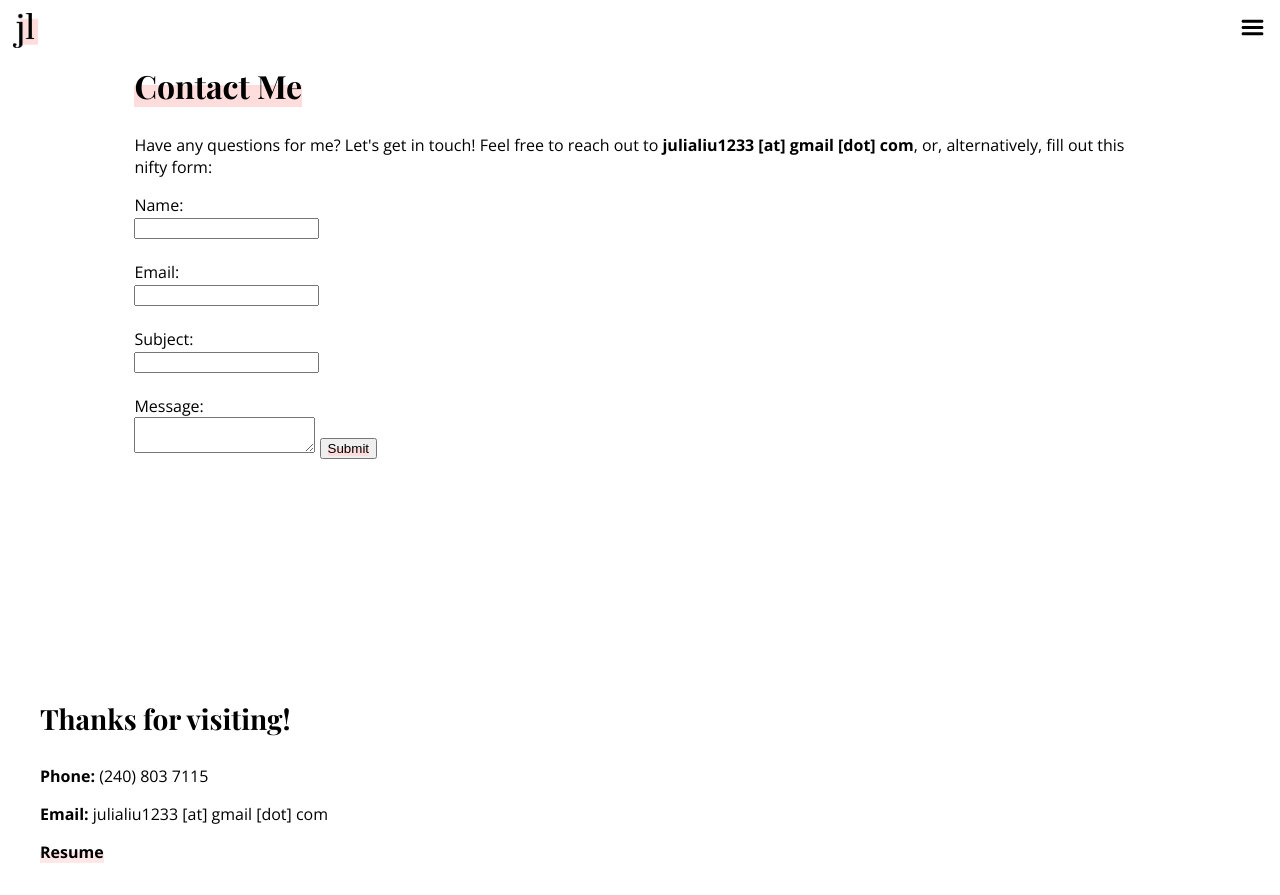
Repository: liu-julia/liu-julia.github.io
Page: contact.html
The author's editor kept a copy of each file at every save. The page is drawn from the files as they stood at one save, then again after the next save.
The browser window is 1280 px wide. The pictures show the whole page.

Above is the page before, as saved 2022-08-02 18:13:04.

### contact.html
<!DOCTYPE html>
<html lang="en">
<head>
    <meta charset="UTF-8">
    <meta http-equiv="X-UA-Compatible" content="IE=edge">
    <meta name="viewport" content="width=device-width, initial-scale=1.0">
    <link rel="preconnect" href="https://fonts.googleapis.com">
    <link rel="preconnect" href="https://fonts.gstatic.com" crossorigin>
    <link href="https://fonts.googleapis.com/css2?family=Karla:wght@300;400;700&family=Open+Sans:wght@300;400;700&family=Playfair+Display:wght@400;700&family=Prata&display=swap" rel="stylesheet">
    <link rel="stylesheet" media="screen and (min-width: 1500px)" href="css/1500.css" />
    <link rel="stylesheet" media="screen and (max-width: 1499px)" href="css/mobile.css" />
    <link rel="icon" href="images/jllogo.png">
    <script src="js/scripts.js"></script>
    <title>Julia Liu</title>
</head>
<body>
    <header id="topbar">
        <img id="logo" src="images/jllogo.png" alt="JL logo">
        <div id="navbar">
            <a class="hl_hover" href="index.html">Projects</a>
            <a class="hl_hover" href="about.html">About</a>
            <a class="highlighted" href="contact.html">Contact</a>
        </div>
        <img id="hamburger" src="images/Hamburger_icon.svg" alt="Menu" onclick="toggleMenu()">
    </header>
    <div id="ham">
        <div id="menu_items">
            <a class="highlighted" href="index.html">Projects</a><br>
            <a href="about.html">About</a><br>
            <a href="contact.html">Contact</a>
        </div>
    </div>
    <div id="content">
        <div class="form-container">
            <h2 class="highlighted"><mark>Contact Me</mark></h2>
            <form>
                <p>Have any questions for me? Let's get in touch! Feel free to reach out to <b>juli<!--anti spam-->aliu1233 <!--anti spam--> [at] gmai<!--anti spam-->l [dot] com</b>, or, alternatively, fill out this nifty form:</p>
                <label for="name"> Name:</label><br>
                <input type="text" id="name" name="name" required><br><br>
                <label for="email">Email:</label><br>
                <input type="email" id="email" required><br><br>
                <label for="subject">Subject:</label><br>
                <input type="text" id="subject" name="subject" required><br><br>
                <label for="message">Message:</label><br>
                <textarea id="message" name="message" required></textarea>
                <button type="submit" value="Submit"><mark>Submit</mark></buttom>
            </form>
        </div>
        <div id="foot">
            <h3 class="highlighted">Thanks for visiting!</h3>
            <div>
                <p><b>Phone: </b> (240) 803 7115</p>
                <p><b>Email: </b> juli<!--anti spam-->aliu1233 <!--anti spam--> [at] gmai<!--anti spam-->l [dot] com</p>
                <a href="JuliaLiu.pdf"><b>Resume</b></a>
            </div>
        </div>
    </div>
</body>
</html>

### css/mobile.css
:root {
    font-family: 'Open Sans', sans-serif;
}
html {
    height: 100%;
}

body {
    height: 100%;
}
#content {
    height: 100%;
}
header {
    position: fixed;
    top: 0;
    left: 0;
    right: 0;
    width: 100%;
    height: 60px;
    background-color: white;
    z-index: 1;
    box-shadow: 0 0 10px #FFFFFF;
    transition: top .2s;
}
#logo {
    width: 25px;
    height: 35px;
    padding: 13px;
}
#navbar {
    display: none;
}
h1 mark {
    background: linear-gradient(180deg,rgba(255,255,255,0) 40%, #ffdddd 40% 90%, rgba(255,255,255,0) 90%);
}

#face {
    position: absolute;
    width: 75%;
    max-width: 500px;
    top: 5em;
    left: 10%;
    right: 10%;
    border-radius: 2em;
    margin: auto;
    box-shadow: 2px 2px 10px #00000066;
}

h1{
    font-family: 'Prata', serif;
    font-weight: 400;
    font-size: 3em;
    position: absolute;
    bottom: 13rem;
    left: 5%;
    right: 5%;
    text-align: center;
    margin: auto;
    width: 90%;
}
#head_desc {
    font-size: 1.2em;
    font-weight: 400;
    position: absolute;
    bottom: 6rem;
    width: 90%;
    left: 5%;
    right: 5%;
    text-align: center;
    margin: auto;
    width: 90%;
}
a img {
    max-width: 20%;
    position: absolute;
    bottom: 30px;
    margin: auto;
    left: 1rem;
    right: 1rem;
}

#top {
    height: 100%;
}

.project {
    width: 80%;
    margin-left: auto;
    margin-right: auto;
    margin-top: 3em;
    margin-bottom: 5em;
    text-align: center;
}
.project img {
    width: 100%;
    max-width: 500px;
    max-height: 100%;
    box-shadow: 2px 2px 10px #00000066;
    border-radius: 2rem;
    margin: auto;
}
a {
    color: black;
    background: linear-gradient(180deg,rgba(255,255,255,0) 50%, #ffddddb0 50%);
    transition: background .3s;
    text-decoration: none;
}
h3 {
    font-family: 'Playfair Display', serif;
    font-size: 1.75em;
}
mark{
    background: linear-gradient(180deg,rgba(255,255,255,0) 50%, #ffdddd 50%);
}
#foot {
    padding: 2em;
}
#ham {
    position: fixed;
    z-index: 10;
    background-color: white;
    height: 100%;
    width: 100%;
    top: 0;
    align-items: center;
    box-shadow: 0 0 30px #FFFFFF;
    transform: translateX(120%);
    transition: transform 0.3s;
}
#ham.showMenu {
    transform: translateX(0);
}
#menu_items {
    position: relative;
    padding: 1em;
    padding-top: 5rem;
    margin: auto;
    text-align: center;
}
#menu_items a {
    font-family: 'Playfair Display', serif;
    font-size: 1.75em;
    font-weight: bold;
    background: none;
    text-align: center;
}
#menu_items a.highlighted {
    background: linear-gradient(180deg,rgba(255,255,255,0) 50%, #ffdddd 50%);
}
#menu_items a:hover {
    background: linear-gradient(180deg,rgba(255,255,255,0) 50%, #ffddddb0 50%);
}

#hamburger {
    width: 25px;
    height: 25px;
    float: right;
    padding: 15px;
}
#topbar {
    z-index: 11;
}
.about img {
    display: block;
    width: 80%;
    margin: auto;
    margin-top: 4em;
    box-shadow: 2px 2px 10px #00000066;
    border-radius: 2rem;
}
h2 {
    font-family: 'Playfair Display', serif;
    font-size: 2em;
}
.about-text {
    width: 80%;
    margin: auto;
    text-align: center;
}

.form-container {
    width: 80%;
    margin: auto;
    height: 80%;
    margin-top: 4em;
    align-items: center;
}

form {
    width: 100%;
    height: 60%;
}

### js/scripts.js
if (window.innerWidth > 1500) {
  var prevScrollpos = window.pageYOffset;
  window.onscroll = function() {
    var currentScrollPos = window.pageYOffset;
    if (prevScrollpos > currentScrollPos) {
      document.getElementById("topbar").style.top = "0";
    } else {
      document.getElementById("topbar").style.top = "-70px";
    }
    prevScrollpos = currentScrollPos;
  }
}
function toggleMenu() {
  var menu = document.getElementById("ham");
  if (menu.classList.contains("showMenu")) {
    menu.classList.remove("showMenu");
  } else {
    menu.classList.add("showMenu");
  }
}

### css/1500.css
:root {
    font-family: 'Open Sans', sans-serif;
}
html {
    height: 100%;
}
header {
    position: fixed;
    top: 0;
    left: 0;
    right: 0;
    width: 100%;
    height: 60px;
    background-color: white;
    z-index: 1;
    box-shadow: 0 0 10px #FFFFFF;
    transition: top .2s;
}
#logo {
    width: 25px;
    height: 35px;
    padding: 13px;
}
#navbar {
    float: right;
}
#navbar a {
    position: relative;
    top: 10px;
    margin-right: 25px;
    align-self: center;
    color: black;
}
body {
    height: 100%;
}
#content {
    height: 100%;
}
h1 {
    font-family: 'Prata', serif;
    font-weight: 400;
    font-size: 6.25vw;
}
#top {
    height: 100%;
}
h1{
    position: absolute;
    bottom: 11rem;
    left: 1em;
    right: 1em;
    text-align: center;
    margin: auto;
    width: auto;
    max-width: 75%;
}
h1.highlighted::before {
    content: "";
    position: absolute;
    width: 100%;
    background: #ffdddd;
    left: .25em;
    bottom: .15em;
    height: .7em;
    z-index: -1;
    animation: highlightAnimation ease 3s;
    animation-iteration-count: 1;
    animation-fill-mode: forwards;
}

@keyframes highlightAnimation {
    0% {
        transform: scaleX(0);
        transform-origin: left;
    }
    100% {
        transform: scaleX(1);
        transform-origin: left;
     }
}

#navbar a {
    background: none;
}

#navbar a.highlighted::before {
    content: "";
    position: absolute;
    width: 100%;
    background: #ffdddd;
    left: .25em;
    bottom: .05em;
    height: .7em;
    z-index: -1;
}
.hl_hover::before {
    content: "";
    position: absolute;
    width: 100%;
    background: #ffdddd;
    left: .25em;
    bottom: .05em;
    height: .7em;
    z-index: -1;
    transition: transform 0.5s;
    transform: scaleX(0);
    transform-origin: right;
}
.hl_hover:hover::before {
    transform: scaleX(1);
    transform-origin: left;
}
mark {
    background-color: transparent;
}
h2 {
    font-family: 'Playfair Display', serif;
    font-size: 3em;
}
h3 {
    font-family: 'Playfair Display', serif;
    font-size: 2em;
}
h4 {
    font-size: 1.2rem;
    line-height: 1.5em;
}
h3.highlighted::before {
    content: "";
    position: absolute;
    width: 100%;
    background: #ffdddd;
    left: .25em;
    bottom: .05em;
    height: .7em;
    z-index: -1;
}
#navbar a {
    font-family: 'Playfair Display', serif;
    font-size: 1.5em;
    font-weight: 700;
    text-decoration: none;
}
p {
    font-size: 1.2rem;
}
#head_desc {
    font-size: 1.5em;
    font-weight: 400;
    position: absolute;
    bottom: 6rem;
    width: 90%;
    left: 1rem;
    right: 1rem;
    text-align: center;
    margin: auto;
    width: 75%;
}
#face {
    position: absolute;
    height: 45%;
    top: 5em;
    left: 30em;
    right: 30em;
    border-radius: 2em;
    margin: auto;
    box-shadow: 2px 2px 10px #00000066;
}
#foot {
    padding-left: 30px;
    position: absolute;
    width: 90%;
    height: 40%;
}
#foot h3.highlighted {
    position: absolute;
    bottom: 65%;
}
#foot div {
    position: absolute;
    bottom: 25%;
    padding: 20px;
}
a {
    color: black;
    background: linear-gradient(180deg,rgba(255,255,255,0) 50%, #ffddddb0 50%);
    transition: background .3s;
    text-decoration: none;
}
#foot a {
    font-size: 1.2rem;
}
a:hover {
    background: linear-gradient(180deg,rgba(255,255,255,0) 50%, #ffdddd 50%);
}
#construction {
    height: 100%;
}

body {
    animation: fadeInAnimation ease 2s;
    animation-iteration-count: 1;
    animation-fill-mode: forwards;
}

@keyframes fadeInAnimation {
    0% {
        opacity: 0;
    }
    100% {
        opacity: 1;
     }
}
.project {
    width: 70%;
    display: flex;
    margin: auto;
    height: 40%;
    padding: 2.5rem;
    align-items: center;
}
.project img {
    max-width: 40%;
    max-height: 100%;
    box-shadow: 2px 2px 10px #00000066;
    border-radius: 2rem;
    margin: 3em;
}

a img {
    max-width: 8%;
    position: absolute;
    bottom: 30px;
    margin: auto;
    left: 1rem;
    right: 1rem;
}
.about {
    width: 70%;
    display: flex;
    margin: auto;
    height: 100%;
    align-items: center;
}

.about img {
    max-width: 30%;
    box-shadow: 2px 2px 10px #00000066;
    border-radius: 2rem;
    margin: 1.25em;
}

.about-text {
    position: absolute;
    margin-left: 25%;
    margin-right: 15%;
}
.about-text h2 {
    position: absolute;
    top: -110px;
}

h2.highlighted::before {
    content: "";
    position: absolute;
    width: 100%;
    background: #ffdddd;
    left: .20em;
    bottom: .05em;
    height: .7em;
    z-index: -1;
}

.form-container {
    width: 70%;
    margin: auto;
    height: 100%;
    align-items: center;
}

.form-container h2 {
    position: absolute;
    top: 5rem;
}

form {
    margin-top: 13.5rem;
    width: 100%;
    height: 60%;
}

input {
    width: 100%;
    background-color: #e7e7e7;
    border: none;
    border-bottom: 2px solid #ffffffff;
    font-size: 1.1rem;
    font-family: 'Open Sans', sans-serif;
    transition: background-color .3s;
}
input:focus {
    outline: none;
    border-bottom: 2px solid black;
    background-color: #efefef;
}
textarea {
    width: 100%;
    background-color: #e7e7e7;
    border: none;
    height: 30%;
    font-size: 1.1rem;
    font-family: 'Open Sans', sans-serif;
    transition: background-color .3s;
}
textarea:focus {
    outline-width: 2px;
    background-color: #efefef;

}
label {
    font-family: 'Playfair Display', serif;
    font-size: 1.5rem;
    font-weight: bold;
}

button {
    font-family: 'Playfair Display', serif;
    font-size: 2rem;
    font-weight: bold;
    background-color: white;
    border: none;
    display: block;
    margin-right: auto;
    margin-left: auto;
    width: auto;
    margin-top: 10px;
    margin-bottom: 10px;

}
button mark {
    background: linear-gradient(180deg,rgba(255,255,255,0) 50%, #ffddddb0 50%);
    transition: background .3s;
}
button mark:hover {
    background: linear-gradient(180deg,rgba(255,255,255,0) 50%, #ffdddd 50%);
    cursor: pointer;
}
.project-text h3, .project-text h4, .project-text p {
    margin-bottom: 0px;
    margin-top: 10px;
}
#ham {
    display: none;
}
#hamburger {
    display: none;
}

After the next save:
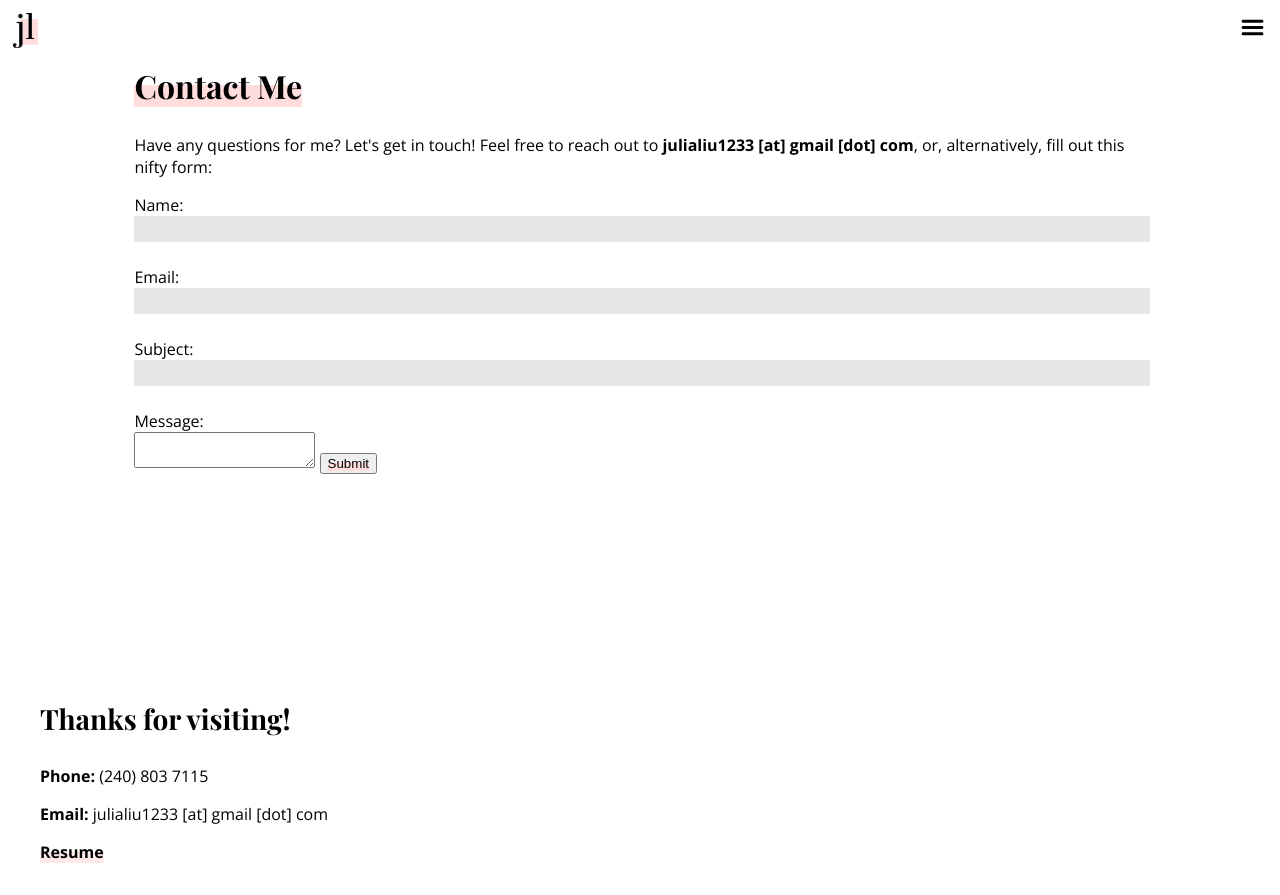
Saved 9 s later.
--- a/css/mobile.css
+++ b/css/mobile.css
@@ -191,3 +191,13 @@ form {
     width: 100%;
     height: 60%;
 }
+
+input {
+    width: 100%;
+    background-color: #e7e7e7;
+    border: none;
+    border-bottom: 2px solid #ffffffff;
+    font-size: 1.1rem;
+    font-family: 'Open Sans', sans-serif;
+    transition: background-color .3s;
+}
